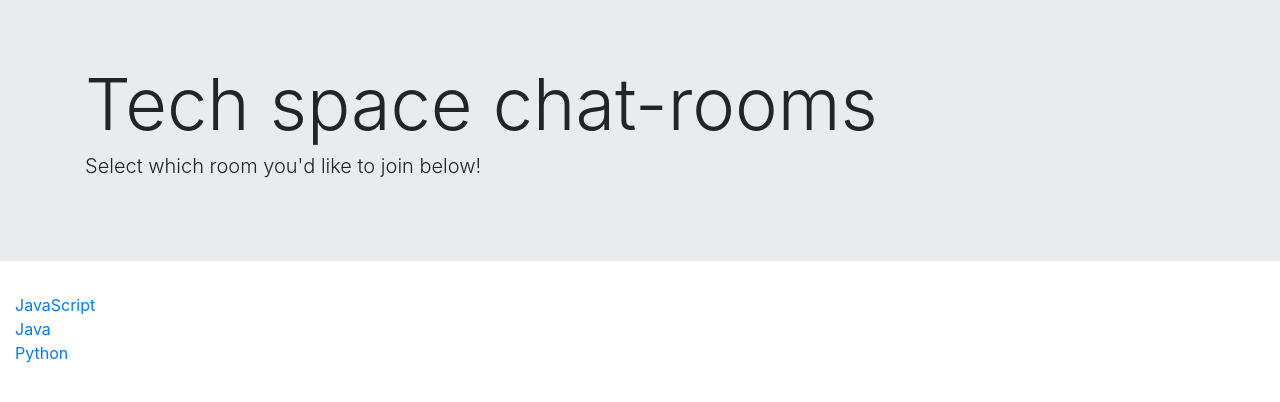
Repository: K-TT/ChatRoom
Page: public/index.html
The author's editor kept a copy of each file at every save. The page is drawn from the files as they stood at one save, then again after the next save.
The browser window is 1280 px wide. The pictures show the whole page.
Some web libraries are served in a nearby version.

Above is the page before, as saved 2022-02-20 16:48:38.

After the next save:
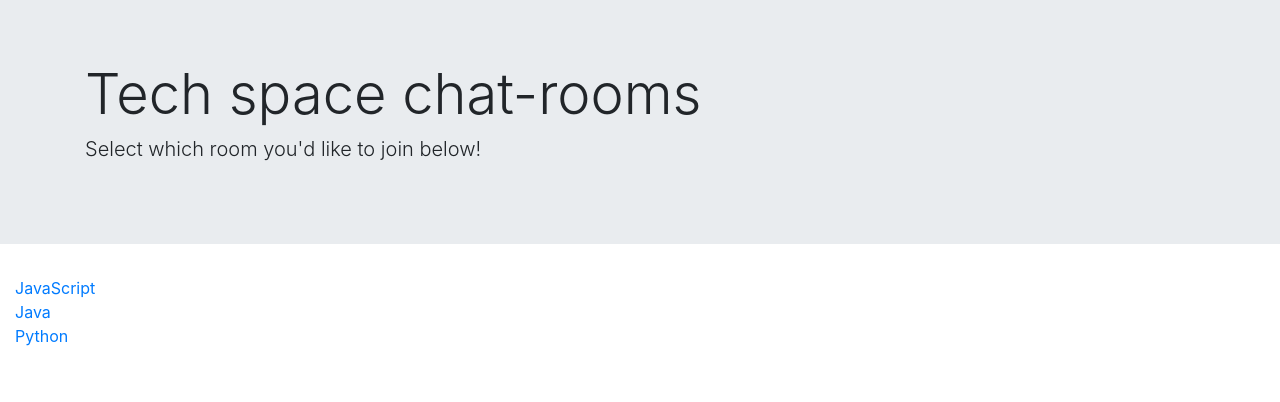
Saved 19 s later.
--- a/public/index.html
+++ b/public/index.html
@@ -13,7 +13,7 @@
 <body>
     <div class="jumbotron jumbotron-fluid">
         <div class="container">
-            <h5 class="display-3">Tech space chat-rooms</h5>
+            <h1 class="display-4">Tech space chat-rooms</h1>
             <p class="lead">Select which room you'd like to join below!</p>
         </div>
     </div>
